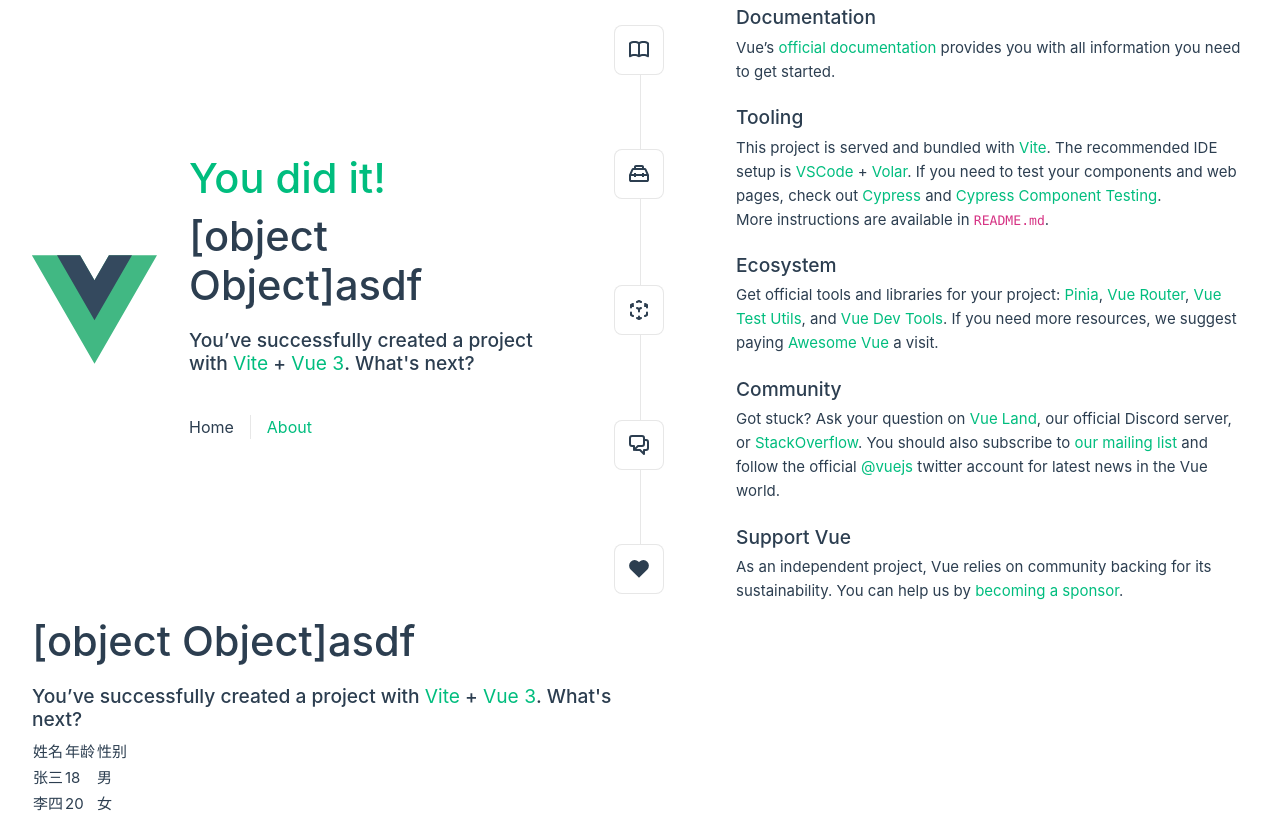
Repository: yuandinghh/vue
Page: /
The author's editor kept a copy of each file at every save. The page is drawn from the files as they stood at one save, then again after the next save.
The browser window is 1280 px wide. The pictures show the whole page.
The project was rebuilt for these pictures with package versions that can differ from the ones it lists, and the page was loaded fresh each time. Also part of the build but not shown: vite.config.ts.

Above is the page before, as saved 2023-03-21 23:25:17.

### index.html
<!DOCTYPE html>
<html lang="en">
  <head>
    <meta charset="UTF-8">
    <link rel="icon" href="/favicon.ico">
    <meta name="viewport" content="width=device-width, initial-scale=1.0">
    <link href="https://cdn.staticfile.org/twitter-bootstrap/5.1.1/css/bootstrap.min.css" rel="stylesheet">
    <script src="https://cdn.staticfile.org/twitter-bootstrap/5.1.1/js/bootstrap.bundle.min.js"></script>
    <title>Vite App</title>
  </head>
  <body>
    <div id="app"></div>
    <script type="module" src="/src/main.ts"></script>
  </body>
</html>

### src/App.vue
<script setup lang="ts">
import { RouterLink, RouterView } from "vue-router";
import HelloWorld from "./components/HelloWorld.vue";
</script>

<template>

    <header>
      <img alt="Vue logo" class="logo" src="@/assets/logo.svg" width="125" height="125" />

      <div class="wrapper">
        <HelloWorld msg="You did it!" />

        <nav>
          <RouterLink to="/">Home</RouterLink>
          <RouterLink to="/about">About</RouterLink>
        </nav>
      </div>
    </header>

    <RouterView />
    <div>
    <HelloWorld />
    <!-- 写一个表格 -->
    <div>
      <table>
        <tr>
          <th>姓名</th>
          <th>年龄</th>
          <th>性别</th>
        </tr>
        <tr>
          <td>张三</td>
          <td>18</td>
          <td>男</td>
        </tr>
        <tr>
          <td>李四</td>
          <td>20</td>
          <td>女</td>
        </tr>
      </table>
    </div>
  </div>
</template>


<style scoped>
header {
  line-height: 1.5;
  max-height: 100vh;
}

.logo {
  display: block;
  margin: 0 auto 2rem;
}

nav {
  width: 100%;
  font-size: 12px;
  text-align: center;
  margin-top: 2rem;
}

nav a.router-link-exact-active {
  color: var(--color-text);
}

nav a.router-link-exact-active:hover {
  background-color: transparent;
}

nav a {
  display: inline-block;
  padding: 0 1rem;
  border-left: 1px solid var(--color-border);
}

nav a:first-of-type {
  border: 0;
}

@media (min-width: 1024px) {
  header {
    display: flex;
    place-items: center;
    padding-right: calc(var(--section-gap) / 2);
  }

  .logo {
    margin: 0 2rem 0 0;
  }

  header .wrapper {
    display: flex;
    place-items: flex-start;
    flex-wrap: wrap;
  }

  nav {
    text-align: left;
    margin-left: -1rem;
    font-size: 1rem;

    padding: 1rem 0;
    margin-top: 1rem;
  }
}
</style>

### src/components/HelloWorld.vue
import { defineProps } from "vue";

<script setup lang="ts">
import { computed ,ref} from "vue"

defineProps<{
  msg: string
}>()
let str=ref('hello world')
const mes = computed(function () {
  return str+"asdf"
})
</script>

<template>
  <div class="greetings">
    <h1 class="green">{{ msg }}</h1>
    <h1>{{mes}}</h1>
    <h3>
      You’ve successfully created a project with
      <a href="https://vitejs.dev/" target="_blank" rel="noopener">Vite</a> +
      <a href="https://vuejs.org/" target="_blank" rel="noopener">Vue 3</a>. What's next?
    </h3>
  </div>
</template>

<style scoped>
h1 {
  font-weight: 500;
  font-size: 2.6rem;
  top: -10px;
}

h3 {
  font-size: 1.2rem;
}

.greetings h1,
.greetings h3 {
  text-align: center;
}

@media (min-width: 1024px) {
  .greetings h1,
  .greetings h3 {
    text-align: left;
  }
}
</style>

Loaded but not shown: src/main.ts (common file); src/router/index.ts (common file); src/assets/main.css (common file); src/views/HomeView.vue (common file); src/assets/base.css (common file); src/components/TheWelcome.vue (common file); src/components/WelcomeItem.vue (common file); src/components/icons/IconDocumentation.vue (common file); src/components/icons/IconTooling.vue (common file); src/components/icons/IconEcosystem.vue (common file); src/components/icons/IconCommunity.vue (common file); src/components/icons/IconSupport.vue (common file)

After the next save:
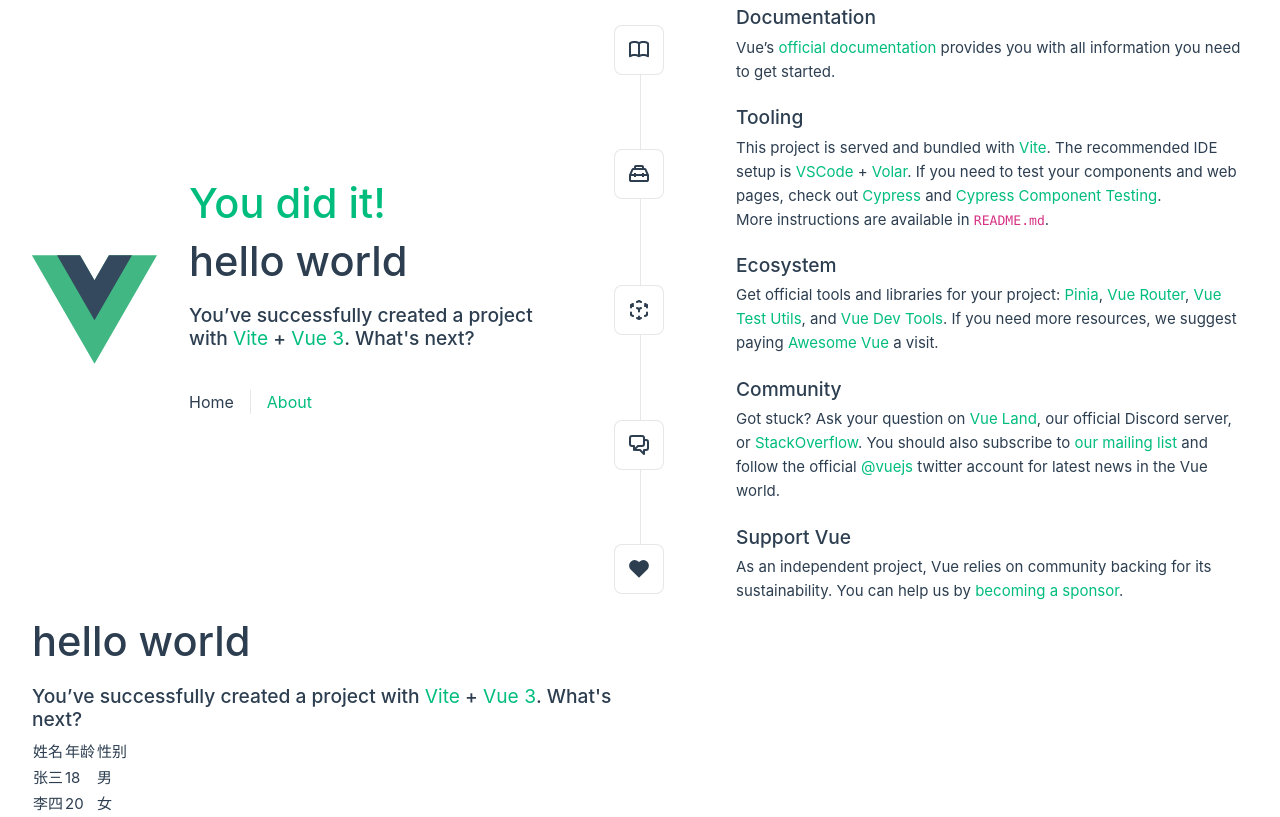
Saved 32 s later.
--- a/src/components/HelloWorld.vue
+++ b/src/components/HelloWorld.vue
@@ -8,7 +8,7 @@
 }>()
 let str=ref('hello world')
 const mes = computed(function () {
-  return str+"asdf"
+  return str
 })
 </script>
 
